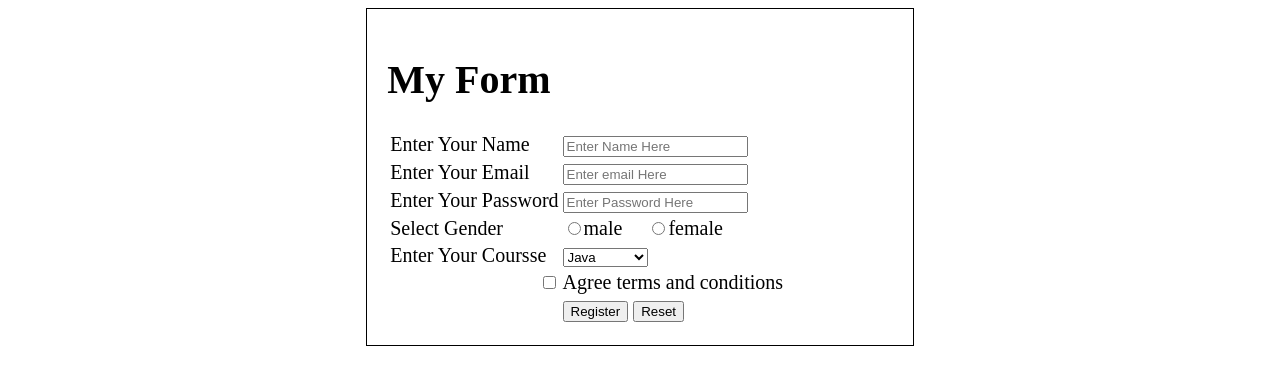
Repository: Attishgawali/JavaServletAndJSP
Page: DemoApp/src/main/webapp/form.html
These files come from the project's save history. The page is drawn as it stood at one moment and after the next save; the edit follows.
The browser window is 1280 px wide. The pictures show the whole page.

Above is the page before, as saved 2023-07-01 17:34:12.

### DemoApp/src/main/webapp/form.html
<!DOCTYPE html>
<html>
<head>
<meta charset="UTF-8">
<title>Fill Form</title>
	<style>
		.container{
			width: 40%;
			border: 1px solid black;
			margin: auto;
			padding: 20px;
			font-size: 20px;
		}
	</style>
</head>
<body>
	<div class="container">
		<h1>My Form</h1>
		<table action="register" method="Post">
			<tr>
				<td>Enter Your Name </td>
				<td><input type="text" name="studetn_name" placeholder="Enter Name Here"></td>
			</tr>

			<tr>
				<td>Enter Your Email </td>
				<td><input type="email" name="studetn_email" placeholder="Enter email Here"></td>
			</tr>

			<tr>
				<td>Enter Your Password </td>
				<td><input type="password" name="studetn_password" placeholder="Enter Password Here"></td>
			</tr>

			<tr>
				<td>Select Gender </td>
				<td><input type="radio" name="studetn_gender" value="male">male &nbsp; &nbsp; <input type="radio" name="studetn_gender" value="female">female</td>
			</tr>

			<tr>
				<td>Enter Your Coursse </td>
				<td>
					<select name="student_course">
						<option value="Java">Java</option>
						<option value="Python">Python</option>
						<option value="C++">C++</option>
						<option value="JavaScript">JavaScript</option>
					</select>
				</td>
			</tr>

			<tr>
				<td style="text-align: right">
					<input type="checkbox" value="checked" name="condition">
				</td>
				<td>
					Agree terms and conditions
				</td>
			</tr>

			<tr>
				<td></td>
				<td>
					<button type="submit">Register</button>
					<button type="reset">Reset</button>
				</td>
			</tr>

		</table>
	</div>

</body>
</html>

After the next save:
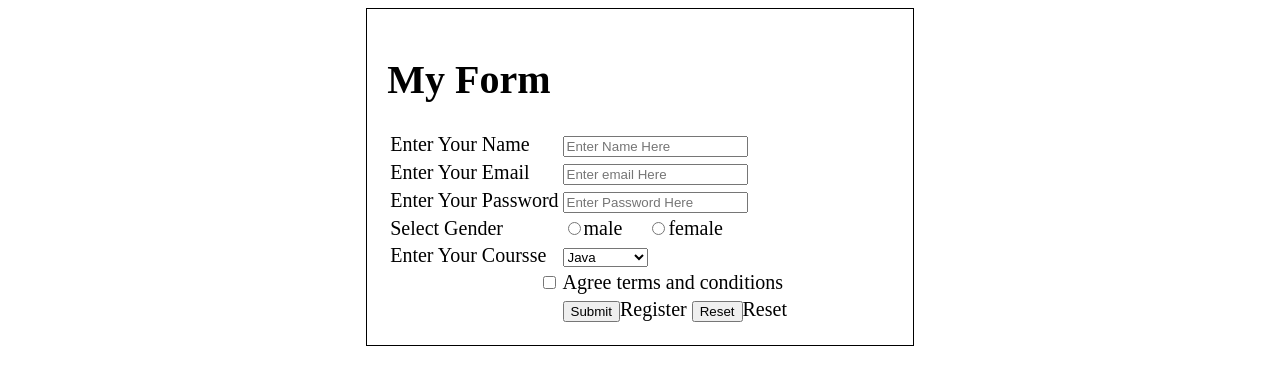
Saved 3 min 25 s later.
--- a/DemoApp/src/main/webapp/form.html
+++ b/DemoApp/src/main/webapp/form.html
@@ -61,8 +61,8 @@
 			<tr>
 				<td></td>
 				<td>
-					<button type="submit">Register</button>
-					<button type="reset">Reset</button>
+					<input type="submit">Register</input>
+					<input type="reset">Reset</input>
 				</td>
 			</tr>
 

After the save that followed:
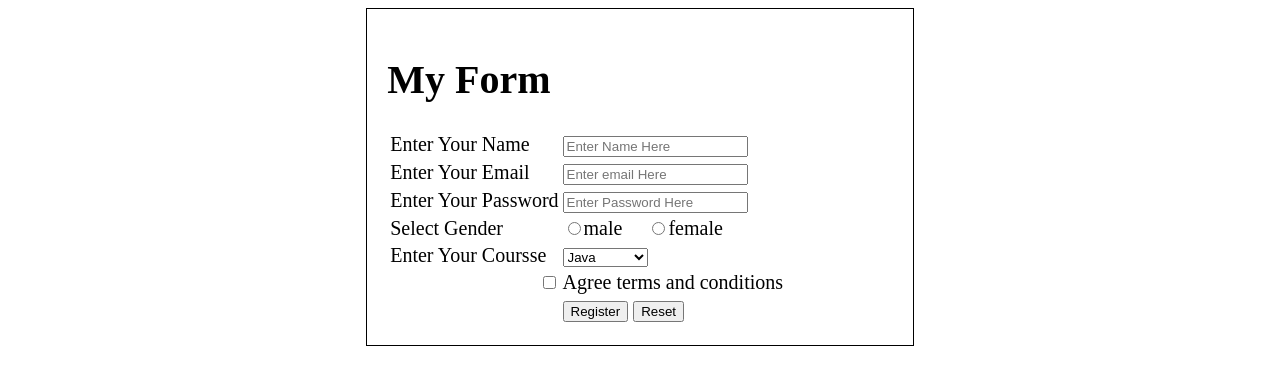
Saved 2 min 54 s later.
--- a/DemoApp/src/main/webapp/form.html
+++ b/DemoApp/src/main/webapp/form.html
@@ -3,70 +3,72 @@
 <head>
 <meta charset="UTF-8">
 <title>Fill Form</title>
-	<style>
-		.container{
-			width: 40%;
-			border: 1px solid black;
-			margin: auto;
-			padding: 20px;
-			font-size: 20px;
-		}
-	</style>
+<style>
+.container {
+	width: 40%;
+	border: 1px solid black;
+	margin: auto;
+	padding: 20px;
+	font-size: 20px;
+}
+</style>
 </head>
 <body>
 	<div class="container">
 		<h1>My Form</h1>
+		<form>
 		<table action="register" method="Post">
 			<tr>
-				<td>Enter Your Name </td>
-				<td><input type="text" name="studetn_name" placeholder="Enter Name Here"></td>
+				<td>Enter Your Name</td>
+				<td><input type="text" name="studetn_name"
+					placeholder="Enter Name Here"></td>
 			</tr>
 
 			<tr>
-				<td>Enter Your Email </td>
-				<td><input type="email" name="studetn_email" placeholder="Enter email Here"></td>
+				<td>Enter Your Email</td>
+				<td><input type="email" name="studetn_email"
+					placeholder="Enter email Here"></td>
 			</tr>
 
 			<tr>
-				<td>Enter Your Password </td>
-				<td><input type="password" name="studetn_password" placeholder="Enter Password Here"></td>
+				<td>Enter Your Password</td>
+				<td><input type="password" name="studetn_password"
+					placeholder="Enter Password Here"></td>
 			</tr>
 
 			<tr>
-				<td>Select Gender </td>
-				<td><input type="radio" name="studetn_gender" value="male">male &nbsp; &nbsp; <input type="radio" name="studetn_gender" value="female">female</td>
+				<td>Select Gender</td>
+				<td><input type="radio" name="studetn_gender" value="male">male
+					&nbsp; &nbsp; <input type="radio" name="studetn_gender"
+					value="female">female</td>
 			</tr>
 
 			<tr>
-				<td>Enter Your Coursse </td>
-				<td>
-					<select name="student_course">
+				<td>Enter Your Coursse</td>
+				<td><select name="student_course">
 						<option value="Java">Java</option>
 						<option value="Python">Python</option>
 						<option value="C++">C++</option>
 						<option value="JavaScript">JavaScript</option>
-					</select>
-				</td>
+				</select></td>
 			</tr>
 
 			<tr>
-				<td style="text-align: right">
-					<input type="checkbox" value="checked" name="condition">
-				</td>
-				<td>
-					Agree terms and conditions
-				</td>
+				<td style="text-align: right"><input type="checkbox"
+					value="checked" name="condition"></td>
+				<td>Agree terms and conditions</td>
 			</tr>
 
 			<tr>
 				<td></td>
-				<td>
-					<input type="submit">Register</input>
-					<input type="reset">Reset</input>
+				<td><button type="submit">Register</button> <button type="reset">Reset</button>
 				</td>
 			</tr>
 
 		</table>
+		</form>
+
+
 	</div>
 
 </body>
